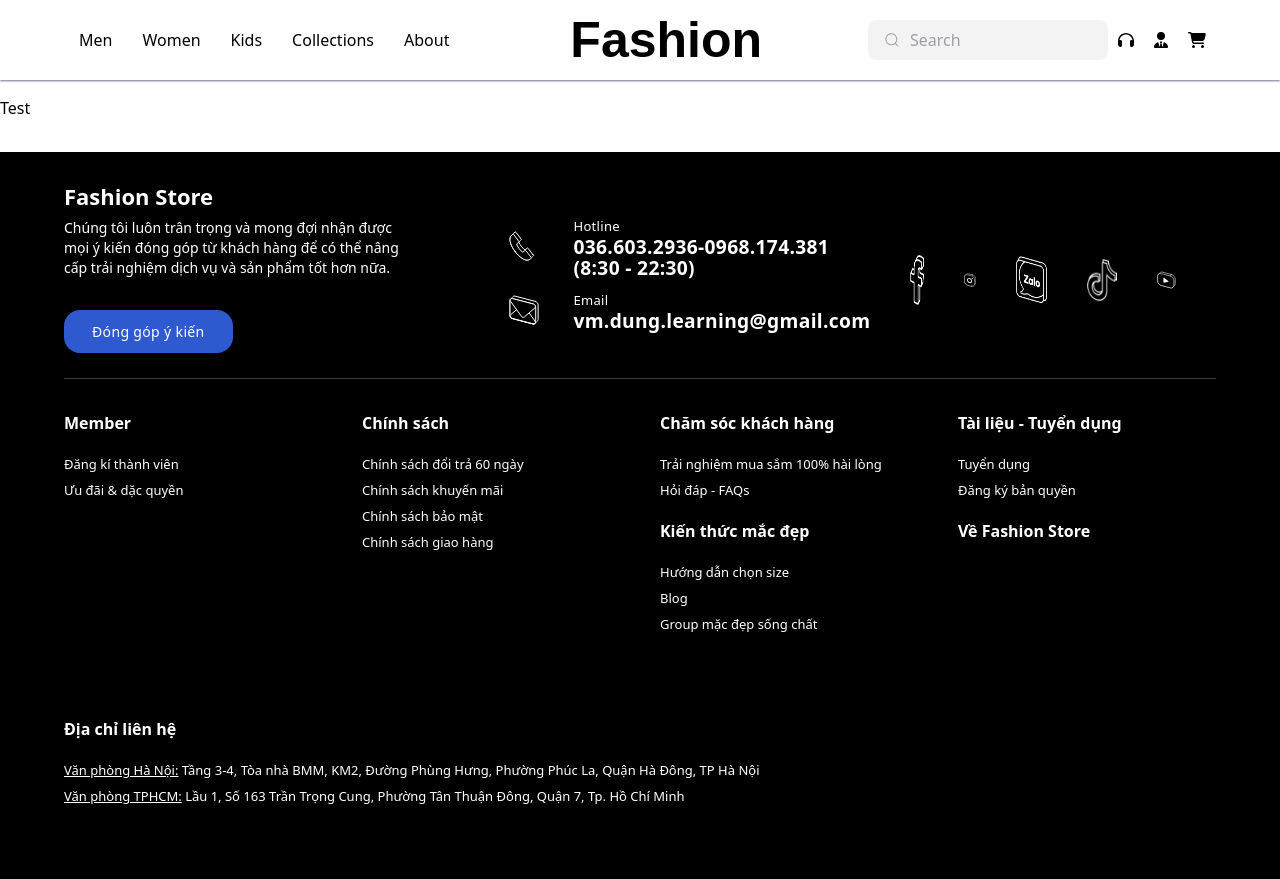
Repository: VuSnow/Software_Engineering
Page: /products
These files come from the project's save history. The page is drawn as it stood at one moment and after the next save; the edit follows.
The browser window is 1280 px wide. The pictures show the whole page.
The project was rebuilt for these pictures with package versions that can differ from the ones it lists, and the page was loaded fresh each time. The framework's server and built-in components were replaced by stand-ins that run in the browser. Also part of the build but not shown: next.config.js, src/components/cart/CartItem/CartItem.tsx, src/components/cart/Cart.tsx.

Above is the page before, as saved 2023-06-25 10:14:16.

### src/app/layout.tsx
"use client";
import Header from "@/components/header/Header";
import "./globals.css";
import { Inter } from "next/font/google";
import Footer from "@/components/footer/Footer";

const inter = Inter({ subsets: ["latin"] });

export const metadata = {
  title: "Create Next App",
  description: "Generated by create next app",
};
export default function RootLayout({
  children,
}: {
  children: React.ReactNode;
}) {
  return (
    <html lang="en">
      <body>
        <Header />
        {children}
        <Footer />
      </body>
    </html>
  );
}

### src/app/products/page.tsx
import React from "react";

const Products = () => {
  return (
    <section className="mt-24">
      <h1>Test</h1>
    </section>
  );
};

export default Products;

### src/components/header/Header.tsx
import React, { useState, useEffect, useContext } from "react";
import { FontAwesomeIcon } from "@fortawesome/react-fontawesome";
import {
  faBars,
  faHeadphones,
  faUserTie,
  faCartShopping,
  faXmark,
  faPlus,
  faMinus,
} from "@fortawesome/free-solid-svg-icons";
import Cart from "../cart/Cart";
const Header = () => {
  const [classNav, setClassNav] = useState<String>(
    "opacity-0 invisible -left-full"
  );
  const [showCart, setShowCart] = useState(false);
  const showNav = () => {
    setClassNav("opacity-1 visible left-0");
  };
  const closeNav = () => {
    setClassNav("opacity-0 invisible -left-full");
  };
  return (
    <>
      <header className="text-black shadow-sm  mb-4 fixed block top-0 left-0 right-0 bg-white w-full shadow-gray-500 z-[99]">
        <div className="flex tablet: justify-between h-20 items-center mr-auto ml-auto max-w-full pl-[5%] pr-[5%]">
          <nav className="main-menu">
            <div className="mobile-menu cursor-pointer max-tablet:block hidden">
              <FontAwesomeIcon icon={faBars} size="2xl" onClick={showNav} />
            </div>
            <ul className="menu max-tablet:hidden flex">
              <li className="p-[15px] cursor-pointer">Men</li>
              <li className="p-[15px] cursor-pointer">Women</li>
              <li className="p-[15px] cursor-pointer">Kids</li>
              <li className="p-[15px] cursor-pointer">Collections</li>
              <li className="p-[15px] cursor-pointer">About</li>
            </ul>
            <div
              className={`sub-mobile-menu fixed top-0 right-0 bottom-[45px] bg-white z-[1000] pt-16 pr-4 pb-0 pl-4 ${classNav} overflow-y-auto`}
            >
              <div className="box-action bg-[#343a40] flex items-center justify-center rounded-tl-xl h-12 rounded-br-xl mb-[30px]">
                <a
                  href="#"
                  className="action-login text-white text-center text-[18px]"
                >
                  Đăng nhập
                </a>
              </div>
              <ul className="menu-mb">
                <li className="mb-[30px] pr-2 flex justify-between">
                  <a href="#">Men </a>
                  <span className="arrow">
                    <FontAwesomeIcon icon={faPlus} />
                    <FontAwesomeIcon icon={faMinus} className="hidden" />
                  </span>
                </li>
                <li className="mb-[30px] pr-2 flex justify-between">
                  <a href="#">Women </a>
                  <span className="arrow">
                    <FontAwesomeIcon icon={faPlus} />
                    <FontAwesomeIcon icon={faMinus} className="hidden" />
                  </span>
                </li>
                <li className="mb-[30px] pr-2 flex justify-between">
                  <a href="#">Kids </a>
                  <span className="arrow">
                    <FontAwesomeIcon icon={faPlus} />
                    <FontAwesomeIcon icon={faMinus} className="hidden" />
                  </span>
                </li>
                <li className="mb-[30px] pr-2 flex justify-between">
                  <a href="#">Collections </a>
                  <span className="arrow">
                    <FontAwesomeIcon icon={faPlus} />
                    <FontAwesomeIcon icon={faMinus} className="hidden" />
                  </span>
                </li>
                <li className="mb-[30px] pr-2 flex justify-between">
                  <a href="#">About </a>
                  <span className="arrow">
                    <FontAwesomeIcon icon={faPlus} />
                    <FontAwesomeIcon icon={faMinus} className="hidden" />
                  </span>
                </li>
              </ul>
              <div className="close-menu absolute top-[25px] left-[25px] text-[24px] text-black">
                <FontAwesomeIcon icon={faXmark} onClick={closeNav} />
              </div>
            </div>
          </nav>
          <div className="logo-brand">
            <a href="#" className="text-[50px] font-bold font-kumbhsan">
              Fashion
            </a>
          </div>
          <div className="right-header flex">
            <form
              action="search"
              name="form-search"
              className="flex leading-7 items-center relative max-w-[240px] max-mobile:hidden"
            >
              <svg
                className="icon absolute left-4 fill-[#9e9ea7] w-4 h-4"
                aria-hidden="true"
                viewBox="0 0 24 24"
              >
                <g>
                  <path d="M21.53 20.47l-3.66-3.66C19.195 15.24 20 13.214 20 11c0-4.97-4.03-9-9-9s-9 4.03-9 9 4.03 9 9 9c2.215 0 4.24-.804 5.808-2.13l3.66 3.66c.147.146.34.22.53.22s.385-.073.53-.22c.295-.293.295-.767.002-1.06zM3.5 11c0-4.135 3.365-7.5 7.5-7.5s7.5 3.365 7.5 7.5-3.365 7.5-7.5 7.5-7.5-3.365-7.5-7.5z"></path>
                </g>
              </svg>
              <input
                type="text"
                placeholder="Search"
                className=" w-full h-[40px] leading-7 p-0 pl-10 pr-4 border-2 border-solid border-transparent rounded-lg outline-none bg-[#f3f3f4] text-[#0d0c22] transition-all placeholder:text-[#9e9ea7] focus:outline-none focus:border-[rgba(234,76,137,0.4)] focus:bg-white focus:shadow-md"
              />
            </form>
            <div className="header-action flex">
              <div className="item wallet m-[10px] max-mobile:hidden cursor-pointer">
                <FontAwesomeIcon icon={faHeadphones} />
              </div>
              <div className="item person m-[10px] max-mobile:hidden cursor-pointer">
                <FontAwesomeIcon icon={faUserTie} />
              </div>
              <div
                className="item cart m-[10px] cursor-pointer"
                onClick={() => setShowCart(true)}
              >
                <FontAwesomeIcon icon={faCartShopping} />
              </div>
            </div>
          </div>
        </div>
      </header>
      {showCart && <Cart setShowCart={setShowCart} />}
    </>
  );
};

export default Header;

### src/app/globals.css
@tailwind base;
@tailwind components;
@tailwind utilities;

:root {
  --foreground-rgb: 0, 0, 0;
  --background-start-rgb: 214, 219, 220;
  --background-end-rgb: 255, 255, 255;
}

@media (prefers-color-scheme: dark) {
  :root {
    --foreground-rgb: 255, 255, 255;
    --background-start-rgb: 0, 0, 0;
    --background-end-rgb: 0, 0, 0;
  }
}
body {
  display: flex;
  flex-direction: column;
  justify-content: space-between;
}

### src/components/footer/Footer.tsx
import React from "react";
import logo from "./logo.png";
import Image from "next/image";
import Link from "next/link";
import dmca from "./dmca.png";
import congthuong from "./img-congthuong.png";
import hotlineIcon from "./icon-hotline.svg";
import emailIcon from "./icon-email.svg";
import facebookIcon from "./facebook.webp";
import zaloIcon from "./zalo.webp";
import instaIcon from "./icon-instar.svg";
import youtubeIcon from "./icon-youtube.svg";
import tiktokIcon from "./tiktok.webp";

const Footer = () => {
  return (
    <footer className="text-white flex justify-center items-center bg-black py-[30px] px-[5%] leading-[160%] mt-8">
      <div className="container-footer w-full">
        <div className="footer-top text-sm">
          <div className="top-sidebar flex justify-between items-center gap-[8%] mb-8 w-full border-b border-[#d9d9d942] desktop:flex-col desktop:items-start">
            <div className="flex-[1]">
              <h4 className=" font-semibold text-[22px] mb-2 text-[#fff] leading-7">
                Fashion Store
              </h4>
              <p className="description font-normal text-left mb-8">
                Chúng tôi luôn trân trọng và mong đợi nhận được mọi ý kiến đóng
                góp từ khách hàng để có thể nâng cấp trải nghiệm dịch vụ và sản
                phẩm tốt hơn nữa.
              </p>
              <Link
                href="#"
                target="_blank"
                className="support-btn inline-flex justify-center items-center h-[43px] bg-[#2f5acf] rounded-2xl py-0 px-7 font-medium tracking-wide mb-[25px] border-0"
              >
                Đóng góp ý kiến
              </Link>
            </div>
            <div className=" flex justify-between w-full flex-[2] items-center max-tablet:flex-col max-tablet:items-start max-tablet:gap-6 max-tablet:mb-8 gap-10">
              <div className="flex-[1]">
                <div className="hotline flex gap-8 items-center w-fit font-medium text-[13px] leading-[160%] tracking-wide mb-3 justify-start">
                  <div className="icon h-8 w-8">
                    <Image src={hotlineIcon} alt="Hotline Icon" />
                  </div>
                  <div className="content">
                    <span>Hotline</span>
                    <p className="description block text-[1.2rem] font-semibold">
                      <Link href="tel: 0366032936">036.603.2936</Link>-
                      <Link href="tel: 0968174381">0968.174.381</Link>
                      <br />
                      <span>(8:30 - 22:30)</span>
                    </p>
                  </div>
                </div>
                <div className="email flex gap-8 items-center font-medium text-[13px] leading-[160%] tracking-wide mb-3 justify-start">
                  <div className="icon h-8 w-8">
                    <Image src={emailIcon} alt="Email Icon" />
                  </div>
                  <div className="content ">
                    <span>Email</span>
                    <p className=" text-[1.2rem] font-semibold">
                      <Link href="mailto: vm.dung.learning@gmail.com">
                        vm.dung.learning@gmail.com
                      </Link>
                    </p>
                  </div>
                </div>
              </div>
              <div className="social mt-0 h-[130px] flex justify-end items-center flex-[1]">
                <Link
                  href="https://www.facebook.com/dung.vuminh.315080/"
                  className="flex justify-center items-center"
                >
                  <Image
                    src={facebookIcon}
                    alt=""
                    className=" max-h-[100px] w-full pr-10 min-h-[50px]"
                  />
                </Link>
                <Link
                  href="https://www.instagram.com/v.m.dung.36/"
                  className="flex justify-center items-center"
                >
                  <Image
                    src={instaIcon}
                    alt=""
                    className=" max-h-[100px] w-full pr-10 min-h-[50px]"
                  />
                </Link>
                <Link
                  href="https://zalo.me/0366032936"
                  className="flex justify-center items-center"
                >
                  <Image
                    src={zaloIcon}
                    alt=""
                    className=" max-h-[100px] w-full pr-10 min-h-[50px]"
                  />
                </Link>
                <Link
                  href="https://www.instagram.com/v.m.dung.36/"
                  className="flex justify-center items-center"
                >
                  <Image
                    src={tiktokIcon}
                    alt=""
                    className=" max-h-[100px] w-full pr-10 min-h-[50px]"
                  />
                </Link>
                <Link
                  href="https://www.instagram.com/v.m.dung.36/"
                  className="flex justify-center items-center"
                >
                  <Image
                    src={youtubeIcon}
                    alt=""
                    className=" max-h-[100px] w-full pr-10 min-h-[50px]"
                  />
                </Link>
              </div>
            </div>
          </div>
          <div className="top-menu"></div>
        </div>
        <div className="footer-bottom">
          <div className="footer-menu flex justify-between flex-wrap gap-10">
            <div className="footer-item flex-[1] text-[13px] leading-[200%] text-[d9d9d9] min-w-[200px] mb-10">
              <h4 className="text-[#fff] font-semibold mb-4 mt-0 text-base">
                Member
              </h4>
              <ul>
                <li>Đăng kí thành viên</li>
                <li>Ưu đãi & dặc quyền</li>
              </ul>
            </div>
            <div className="footer-item flex-[1] text-[13px] leading-[200%] text-[d9d9d9] min-w-[200px] mb-10">
              <h4 className="text-[#fff] font-semibold mb-4 mt-0 text-base">
                Chính sách
              </h4>
              <ul>
                <li>Chính sách đổi trả 60 ngày</li>
                <li>Chính sách khuyến mãi</li>
                <li>Chính sách bảo mật</li>
                <li>Chính sách giao hàng</li>
              </ul>
            </div>
            <div className="footer-item flex-[1] text-[13px] leading-[200%] text-[d9d9d9] min-w-[200px] mb-10">
              <h4 className="text-[#fff] font-semibold mb-4 mt-0 text-base">
                Chăm sóc khách hàng
              </h4>
              <ul>
                <li>Trải nghiệm mua sắm 100% hài lòng</li>
                <li>Hỏi đáp - FAQs</li>
              </ul>
              <h4 className="text-[#fff] font-semibold mb-4 text-base mt-4">
                Kiến thức mắc đẹp
              </h4>
              <ul>
                <li>Hướng dẫn chọn size</li>
                <li>Blog</li>
                <li>Group mặc đẹp sống chất</li>
              </ul>
            </div>
            <div className="footer-item flex-[1] text-[13px] leading-[200%] text-[d9d9d9] min-w-[200px] mb-10">
              <h4 className="text-[#fff] font-semibold mb-4 mt-0 text-base">
                Tài liệu - Tuyển dụng
              </h4>
              <ul>
                <li>Tuyển dụng</li>
                <li>Đăng ký bản quyền</li>
              </ul>
              <h4 className="text-[#fff] font-semibold mb-4 text-base mt-4">
                Về Fashion Store
              </h4>
            </div>
            <div className="footer-item flex-[1] text-[13px] leading-[200%] text-[d9d9d9] min-w-[200px] mb-10">
              <h4 className="text-[#fff] font-semibold mb-4 mt-0 text-base">
                Địa chỉ liên hệ
              </h4>
              <p>
                <u>Văn phòng Hà Nội:</u> Tầng 3-4, Tòa nhà BMM, KM2, Đường Phùng
                Hưng, Phường Phúc La, Quận Hà Đông, TP Hà Nội
              </p>
              <p>
                <u>Văn phòng TPHCM:</u> Lầu 1, Số 163 Trần Trọng Cung, Phường
                Tân Thuận Đông, Quận 7, Tp. Hồ Chí Minh
              </p>
            </div>
          </div>
        </div>
      </div>
    </footer>
  );
};

export default Footer;

### tailwind.config.js
/** @type {import('tailwindcss').Config} */
module.exports = {
  content: [
    "./src/pages/**/*.{js,ts,jsx,tsx,mdx}",
    "./src/components/**/*.{js,ts,jsx,tsx,mdx}",
    "./src/app/**/*.{js,ts,jsx,tsx,mdx}",
  ],
  theme: {
    fontFamily: {
      kumbhsan: ["Kumbh Sans", "sans-serif"],
    },
    screens: {
      "min-w": { min: "375px" },
      mobile: { min: "375px", max: "768px" },
      tablet: { min: "768px", max: "992px" },
      "max-mobile": { max: "768px" },
      "max-tablet": { max: "992px" },
      "small-desktop": { min: "1024px", max: "1200px" },
      "big-desktop": { min: "1200px" },
      desktop: { max: "1200px" },
      md: { min: "768px" },
    },
    extend: {
      keyframs: {
        slideCartWindow: {
          "0%": { transform: "translateX(100%)" },
          "100%": { transform: "translateX(0)" },
        },
      },
    },
    backgroundSize: {
      auto: "auto",
      cover: "cover",
      contain: "contain",
      "90%": "90%",
    },
  },
  plugins: [],
};

After the next save:
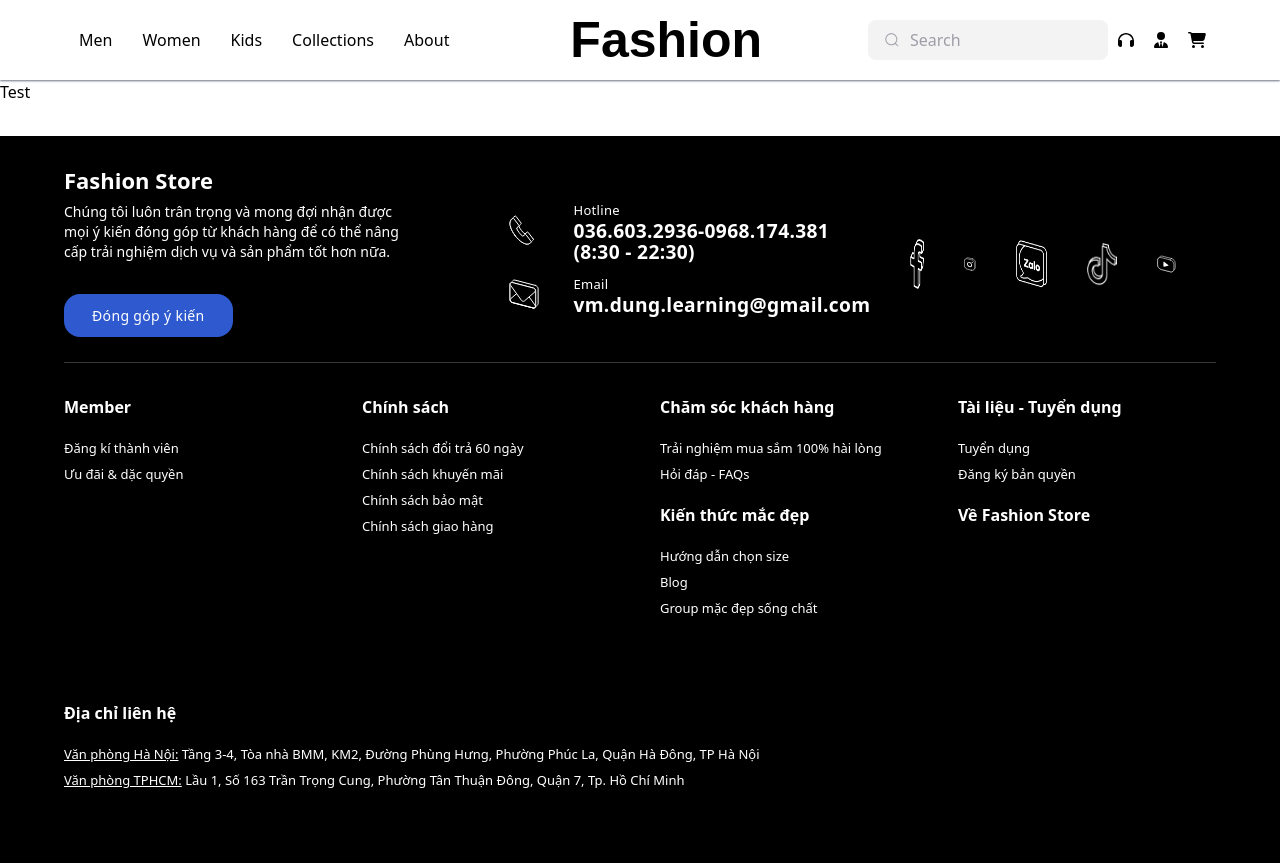
Saved 36 s later.
--- a/src/app/products/page.tsx
+++ b/src/app/products/page.tsx
@@ -2,7 +2,7 @@ import React from "react";
 
 const Products = () => {
   return (
-    <section className="mt-24">
+    <section className="mt-20">
       <h1>Test</h1>
     </section>
   );
